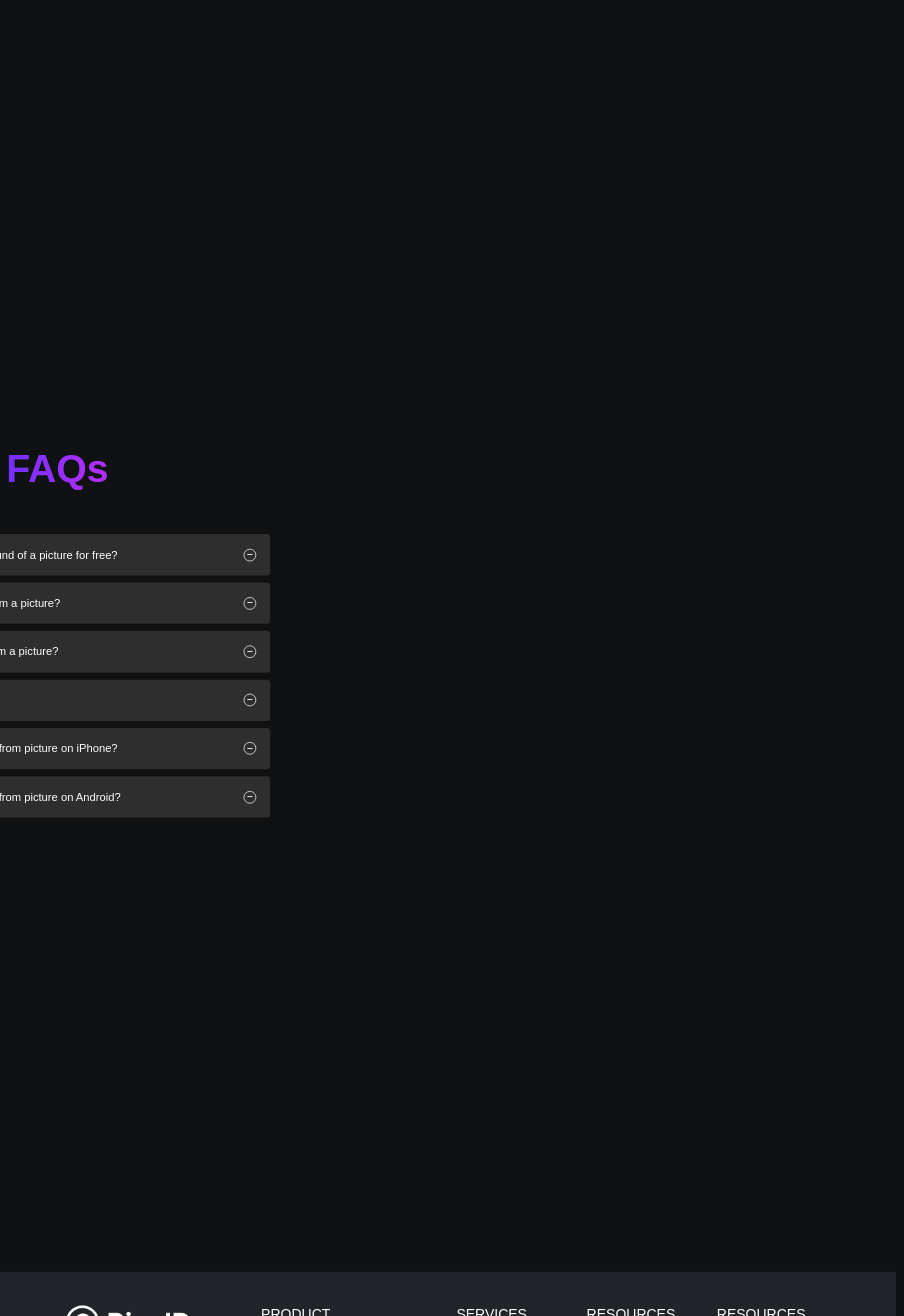
Repository: LuongTienThinh/lvh
Page: Relight Design/index.html
The author's editor kept a copy of each file at every save. The page is drawn from the files as they stood at one save, then again after the next save.
The browser window is 1280 px wide. The page is 1292 px wide, so the pictures cover 1292 px, including what lies to the right of the window. The pictures show the part of the page from y = 3430 to 5310 px (the page is 5639 px tall before and 5239 px after), at 70% of full size.
Some web fonts or font styles are not loaded; a fallback is used.

Above is the page before, as saved 2023-11-30 10:55:11.

### Relight Design/index.html
<!DOCTYPE html>
<html lang="en">
<head>
    <meta charset="UTF-8">
    <meta name="viewport" content="width=device-width, initial-scale=1.0">
    <link href="https://cdn.jsdelivr.net/npm/bootstrap@5.3.2/dist/css/bootstrap.min.css" rel="stylesheet">
    <link rel="stylesheet" href="https://cdnjs.cloudflare.com/ajax/libs/font-awesome/6.4.2/css/all.min.css" integrity="sha512-z3gLpd7yknf1YoNbCzqRKc4qyor8gaKU1qmn+CShxbuBusANI9QpRohGBreCFkKxLhei6S9CQXFEbbKuqLg0DA==" crossorigin="anonymous" referrerpolicy="no-referrer" />
    <link rel="stylesheet" href="./public/css/style.css">
    <title>Slide</title>
</head>
<body>
    <nav class="navbar navbar-expand p-3">
        <div class="container">
          <img class="Union_1" src="./img/Union.png" alt="" />
          <a class="navbar-brand text-white" href="#">PixelPro</a>
          <button
            class="navbar-toggler"
            type="button"
            data-bs-toggle="collapse"
            data-bs-target="#navbarNavDropdown"
            aria-controls="navbarNavDropdown"
            aria-expanded="false"
            aria-label="Toggle navigation"
          >
            <span class="navbar-toggler-icon"></span>
          </button>
          <div class="collapse navbar-collapse" id="navbarNavDropdown">
            <ul class="navbar-nav ms-auto">
              <li class="nav-item">
                <a
                  class="nav-link active mx-2 dropdown-toggle"
                  aria-current="page"
                  href="#"
                  id="navbarDropdownMenuLink"
                  role="button"
                  data-bs-toggle="dropdown"
                  aria-expanded="false"
                >
                  Product
                </a>
              </li>
              <li class="nav-item">
                <a class="nav-link mx-2" href="../Pricing Page Design/index.html">Pricing</a>
              </li>
              <li class="nav-item">
                <a class="nav-link mx-2" href="#">API</a>
              </li>
              <li class="nav-item">
                <a class="nav-link mx-2" href="../Blog Page Design/index.html">Blog</a>
              </li>
            </ul>
            <ul class="navbar-nav ms-auto d-none d-lg-inline-flex">
              <li class="nav-item mx-2">
                <button
                  style="border-radius: 20px"
                  type="button"
                  class="btn text-white btn-outline-secondary"
                >
                  Login
                </button>
              </li>
              <li class="nav-item mx-2">
                <button
                  style="border-radius: 20px"
                  type="button"
                  class="btn btn-light"
                >
                  Sign up for free
                </button>
              </li>
            </ul>
          </div>
        </div>
      </nav>
      <div class="container">
        <div class="row">
          <div class="col-md-8">
            <h1 class="upscale-denoise-and">
              Transform your images with easy
              <span class="text_Upscale">relighting</span> tools
            </h1>
            <div class="boderexam1">
              <div class="button">
                <img
                  class="img_veto"
                  src="./img/round-add-button (1).png"
                  alt=""
                />Upload Image
              </div>
              <p
                style="
                  color: rgba(195, 195, 195, 1);
                  margin-left: 260px;
                  margin-top: 10px;
                  font-size: 14px;
                "
              >
                Drop an image or paste
              </p>
            </div>

            <p class="h_1">No image? Try one of these:&#8595;</p>
            <img class="image_2" src="./img/Images.png" alt="" />
          </div>
          <div class="col-md-2">
            <img class="upload-image" src="./img/Header Image1.png" alt="" />
          </div>
        </div>
      </div>
      <div class="container">
        <div class="row">
          <div class="col-md-6">
            <img class="intas_2" src="./img/Image 2.png" alt="" />
          </div>
          <div class="col-md-5">
              <h2 class="md_h4">Light up your photos with <span class="Upscale">RGB effects</span></h2>
              <p class="md_p4">Enhancement has never been this simple, but with AI's assistance, it can be completed in a matter of seconds without the need for pricy tools.</p>
              <button class="btn_2">Relight Photo Now</button>
            </div>
          </div>
        </div>
      </div>
      <div class="container">
        <div class="row">
          <div class="col-md-6">
            <h2 class="mb_h3">Effortlessly Color Any Image with  <span class="Upscale_rgb">PixelPro!</span></h2>
              <p class="mb_p3">Enhancement has never been this simple, but with AI's assistance, it can be completed in a matter of seconds without the need for pricy tools.</p>
              <button class="btn_2">Relight Photo Now</button>
            </div>
            <div class="col-md-5">
            <img class="img_3" src="./img/Image3.png" alt="">
          </div>
          </div>
        </div>
        <div class="container">
          <div class="row">
            <div class="main-content">
              <h2 class="md_h5">Try Our Other <span class="text_proodus">Products</span></h2>
            </div>
          </div>
        </div>
        <div class="container">
          <div class="row">
            <div class="col-sm-4">
              <div class="card card-group" style="background: rgba(16, 17, 18, 1);border-radius: 20px;">
                  <img class="img-fluid" src="./img/Rectangle 53.png" alt="Card image cap" style="width:338px;margin-left:8px; margin-top:10px;" >
                  <div class="card-body">
                      <h4 class="card-title">Remove BG</h4>
                      <p class="card-text">Remove any Background, person, text, or defect from pictures in one click</p>
                      <a href="#" class="bg-light text-dark"></a>
                      <button style="border-radius: 20px; background:rgba(0, 88, 255, 1);color:#fff;" type="button" class="btn"><b>Try For Free</b></button>
                  </div>
              </div>
              </div>
              <div class="col-sm-4">
        <div class="card card-group bg-dark " style="border-radius: 20px;">
            <img class="img-fluid" src="./img/Rectangle 52.png" alt="Card image cap"  style="width:338px;margin-left:8px; margin-top:10px;">
            <div class="card-body">
                <h4 class="card-title">Remove Objects</h4>
                <p class="card-text">Remove any object, person, text, or defect from pictures in one click</p>
                <a href="#" class="bg-light text-dark"></a>
                <button style="border-radius: 20px; background:rgba(0, 88, 255, 1);color:#fff;"  type="button" class="btn"><b>Try For Free</b></button>
            </div>
        </div>
        </div>
        <div class="col-sm-4">
          <div class="card card-group bg-dark" style="border-radius: 20px;">
              <img class="img-fluid" src="./img/Rectangle 51.png" alt="Card image cap"  style="width:338px;margin-left:8px; margin-top:10px;">
              <div class="card-body">
                  <h4 class="card-title">Relight</h4>
                  <p class="card-text">Modern AI is used by us to upscale and improve photos. Convert your normal photos to RGB photos.</p>
                  <a href="#" class="bg-light text-dark"></a>
                  <button style="color:#333;border-radius: 20px;" type="button" class="btn btn-light"><b>Try For Free</b></button>
          </div>
          </div>
        </div>
        </div>
        </div>
        <section>
          <div class="container" style="margin-top:1200px;">
    <div class="faqs">
        <h2 class="title">FAQs</h2>
        <div class="accordion" id="accordionPanelsStayOpenExample">
            <div class="accordion-item">
                <h2 class="accordion-header">
                    <button class="accordion-btn" type="button" data-bs-toggle="collapse" data-bs-target="#panelsStayOpen-collapseOne" aria-expanded="true" aria-controls="panelsStayOpen-collapseOne">
                        <div class="content">
                            <div class="top-content">
                                <div class="sub-title">How to remove the background of a picture for free?</div>
                                <div class="icon">
                                    <i class="btn-icon fa-solid fa-minus"></i>
                                </div>
                            </div>
                            <div id="panelsStayOpen-collapseOne" class="accordion-collapse collapse">
                                To remove the background of a picture, go to PixelPro.co/remove-background, and upload your image. PixelPro will remove the background for you, and you will be able to download your HD image for free.
                            </div>
                        </div>
                    </button>
                </h2>
            </div>
            <div class="accordion-item">
                <h2 class="accordion-header">
                    <button class="accordion-btn" type="button" data-bs-toggle="collapse" data-bs-target="#panelsStayOpen-collapseTwo" aria-expanded="true" aria-controls="panelsStayOpen-collapseTwo">
                        <div class="content">
                            <div class="top-content">
                                <div class="sub-title">How to remove an object from a picture?</div>
                                <div class="icon">
                                    <i class="btn-icon fa-solid fa-minus"></i>
                                </div>
                            </div>
                            <div id="panelsStayOpen-collapseTwo" class="accordion-collapse collapse">
                                To remove the background of a picture, go to PixelPro.co/remove-background, and upload your image. PixelPro will remove the background for you, and you will be able to download your HD image for free.
                            </div>
                        </div>
                    </button>
                </h2>
            </div>
            <div class="accordion-item">
                <h2 class="accordion-header">
                    <button class="accordion-btn" type="button" data-bs-toggle="collapse" data-bs-target="#panelsStayOpen-collapseThree" aria-expanded="true" aria-controls="panelsStayOpen-collapseThree">
                        <div class="content">
                            <div class="top-content">
                                <div class="sub-title">How to remove a person from a picture?</div>
                                <div class="icon">
                                    <i class="btn-icon fa-solid fa-minus"></i>
                                </div>
                            </div>
                            <div id="panelsStayOpen-collapseThree" class="accordion-collapse collapse">
                                To remove the background of a picture, go to PixelPro.co/remove-background, and upload your image. PixelPro will remove the background for you, and you will be able to download your HD image for free.
                            </div>
                        </div>
                    </button>
                </h2>
            </div>
            <div class="accordion-item">
                <h2 class="accordion-header">
                    <button class="accordion-btn" type="button" data-bs-toggle="collapse" data-bs-target="#panelsStayOpen-collapseFour" aria-expanded="true" aria-controls="panelsStayOpen-collapseFour">
                        <div class="content">
                            <div class="top-content">
                                <div class="sub-title">How to remove watermark?</div>
                                <div class="icon">
                                    <i class="btn-icon fa-solid fa-minus"></i>
                                </div>
                            </div>
                            <div id="panelsStayOpen-collapseFour" class="accordion-collapse collapse">
                                To remove the background of a picture, go to PixelPro.co/remove-background, and upload your image. PixelPro will remove the background for you, and you will be able to download your HD image for free.
                            </div>
                        </div>
                    </button>
                </h2>
            </div>
            <div class="accordion-item">
                <h2 class="accordion-header">
                    <button class="accordion-btn" type="button" data-bs-toggle="collapse" data-bs-target="#panelsStayOpen-collapseFive" aria-expanded="true" aria-controls="panelsStayOpen-collapseFive">
                        <div class="content">
                            <div class="top-content">
                                <div class="sub-title">How to remove background from picture on iPhone?</div>
                                <div class="icon">
                                    <i class="btn-icon fa-solid fa-minus"></i>
                                </div>
                            </div>
                            <div id="panelsStayOpen-collapseFive" class="accordion-collapse collapse">
                                To remove the background of a picture, go to PixelPro.co/remove-background, and upload your image. PixelPro will remove the background for you, and you will be able to download your HD image for free.
                            </div>
                        </div>
                    </button>
                </h2>
            </div>
            <div class="accordion-item">
                <h2 class="accordion-header">
                    <button class="accordion-btn" type="button" data-bs-toggle="collapse" data-bs-target="#panelsStayOpen-collapseSix" aria-expanded="true" aria-controls="panelsStayOpen-collapseSix">
                        <div class="content">
                            <div class="top-content">
                                <div class="sub-title">How to remove background from picture on Android?</div>
                                <div class="icon">
                                    <i class="btn-icon fa-solid fa-minus"></i>
                                </div>
                            </div>
                            <div id="panelsStayOpen-collapseSix" class="accordion-collapse collapse">
                                To remove the background of a picture, go to PixelPro.co/remove-background, and upload your image. PixelPro will remove the background for you, and you will be able to download your HD image for free.
                            </div>
                        </div>
                    </button>
                </h2>
            </div>
        </div>
    </div>
</div>
</section>
<footer class="w-100 bg-dark"  style="margin-top: 100px;">
  <div  class="text-center text-lg-start text-white">
    <div class="container p-4">
      <div class="row my-4">
        <div class="col-lg-3 col-md-6 mb-4 mb-md-0">
          <div class="  align-items-center mb-4 mx-auto" >
            <img src="./img/Union logo.png"
            width: 215px
            height: 50px
            top: 100px
            left: 135px
             alt=""/>
          </div>
          <p class="text-center">PixelPro is a smart AI background removal and image editor tool that lets you edit single or bulk images with precision.</p>
          <ul class="list-unstyled d-flex flex-row justify-content-center">
            <li>
              <a class="text-white px-2" href="#!">
                <img src="./img/Icon 1.svg" alt="">
              </a>
            </li>
            <li>
              <a class="text-white px-2" href="#!">
               <img src="./img/Icon 2.svg" alt="">
              </a>
            </li>
            <li>
              <a class="text-white ps-2" href="#!">
               <img src="./img/Icon 3.svg" alt="">
              </a>
            </li>
            <li>
              <a class="text-white ps-2" href="#!">
               <img src="./img/Icon 4.svg" alt="">
              </a>
            </li>
            <li>
              <a class="text-white ps-2" href="#!">
               <img src="./img/Vector 5.svg" alt="">
              </a>
            </li>
          </ul>

        </div>
        <div class="col-lg-3 col-md-4 mb-8 mb-md-0">
          <h5 class="text-uppercase mb-3">Product</h5>

          <ul class="list-unstyled">
            <li class="mb-2">
              <p class="text-white"><i class=""></i>Remove Background</p>
            </li>
            <li class="mb-2">
              <p href="#!" class="text-white"><i class=""></i> Remove Objects</p>
            </li>
            <li class="mb-2">
              <p href="#!" class="text-white"><i class=""></i>Upscale</p>
            </li>
            <li class="mb-2">
              <p href="#!" class="text-white"><i class=""></i>Pricing</p>
            </li>
            <li class="mb-2">
              <p href="#!" class="text-white"><i class=""></i>API Docs</i>
            </li>
          </ul>
        </div>
        <div class="col-lg-2 col-md-3 mb-6 mb-md-0">
          <h5 class="text-uppercase mb-3">Services</h5>

          <ul class="list-unstyled">
            <li class="mb-2">
              <p href="#!" class="text-white"><i class=""></i>PixelPro Production</p>
            </li>
            <li class="mb-2">
              <p href="#!" class="text-white"><i class=""></i>Studio Hire</p>
            </li>
            <li class="mb-2">
              <p href="#!" class="text-white"><i class=""></i>Affiliate Program</p>
            </li>
            <li class="mb-2">
              <p href="#!" class="text-white"><i class=""></i>Request a Quote</p>
            </li>
          </ul>
        </div>
        <div class="col-lg-2 col-md-3 mb-6 mb-md-0">
          <h5 class="text-uppercase mb-3">Resources</h5>

          <ul class="list-unstyled">
            <li>
              <p><i class=""></i>How To BG Remove</p>
            </li>
            <li>
              <p><i class=""></i>Our Blog</p>
            </li>
            <li>
              <p><i class=""></i>Help Center</p>
            </li>
          </ul>
        </div>
        <div class="col-lg-2 col-md-3 mb-6 mb-md-0">
          <h5 class="text-uppercase mb-3">Resources</h5>

          <ul class="list-unstyled">
            <li>
              <li class="mb-2">
                <p href="#!" class="text-white"><i class=""></i>About</p>
              </li>
              <li class="mb-2">
                <p href="#!" class="text-white"><i class=""></i>Contact</p>
              </li>
              <li class="mb-2">
                <p href="#!" class="text-white"><i class=""></i>Privacy</p>
              </li>
              <li class="mb-2">
                <p href="#!" class="text-white"><i class=""></i>Terms</p>
              </li>
              <li class="mb-2">
                <p href="#!" class="text-white"><i class=""></i>Cookies</p>
              </li>
            </ul>
          </ul>
        </div>
      </div>
    </div>
    <div class="text-center p-3"">
       Copyright 2023 ©uihut.com
    </div>
  </footer>
</div>
</div>
</div>













<script
src="https://cdn.jsdelivr.net/npm/@popperjs/core@2.11.8/dist/umd/popper.min.js"
integrity="sha384-I7E8VVD/ismYTF4hNIPjVp/Zjvgyol6VFvRkX/vR+Vc4jQkC+hVqc2pM8ODewa9r"
crossorigin="anonymous"
></script>
<script
src="https://cdn.jsdelivr.net/npm/bootstrap@5.3.1/dist/js/bootstrap.min.js"
integrity="sha384-Rx+T1VzGupg4BHQYs2gCW9It+akI2MM/mndMCy36UVfodzcJcF0GGLxZIzObiEfa"
crossorigin="anonymous"
></script>
<script
src="https://cdn.jsdelivr.net/npm/bootstrap@5.3.1/dist/js/bootstrap.bundle.min.js"
integrity="sha384-HwwvtgBNo3bZJJLYd8oVXjrBZt8cqVSpeBNS5n7C8IVInixGAoxmnlMuBnhbgrkm"
crossorigin="anonymous"
></script>
    <script src="./public/js/index.js"></script>
    <script src="https://cdn.jsdelivr.net/npm/bootstrap@5.3.2/dist/js/bootstrap.bundle.min.js"></script>
</body>
</html>

Loaded but not shown: Relight Design/public/js/index.js (11 lines, source omitted); Relight Design/public/css/style.css (391 lines, source omitted)

After the next save:
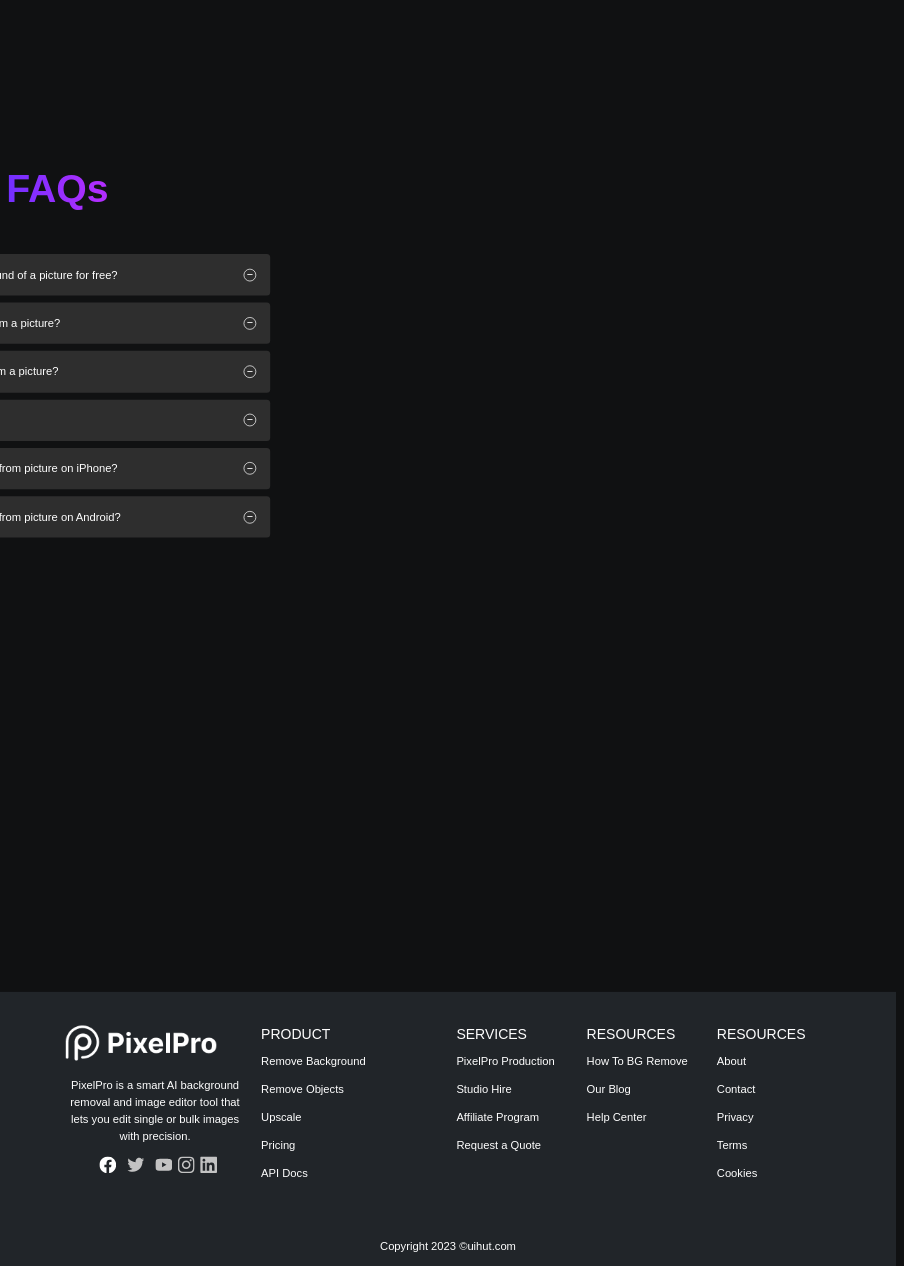
Saved 29 s later.
--- a/Relight Design/index.html
+++ b/Relight Design/index.html
@@ -177,7 +177,7 @@
         </div>
         </div>
         <section>
-          <div class="container" style="margin-top:1200px;">
+          <div class="container" style="margin-top:800px;">
     <div class="faqs">
         <h2 class="title">FAQs</h2>
         <div class="accordion" id="accordionPanelsStayOpenExample">
